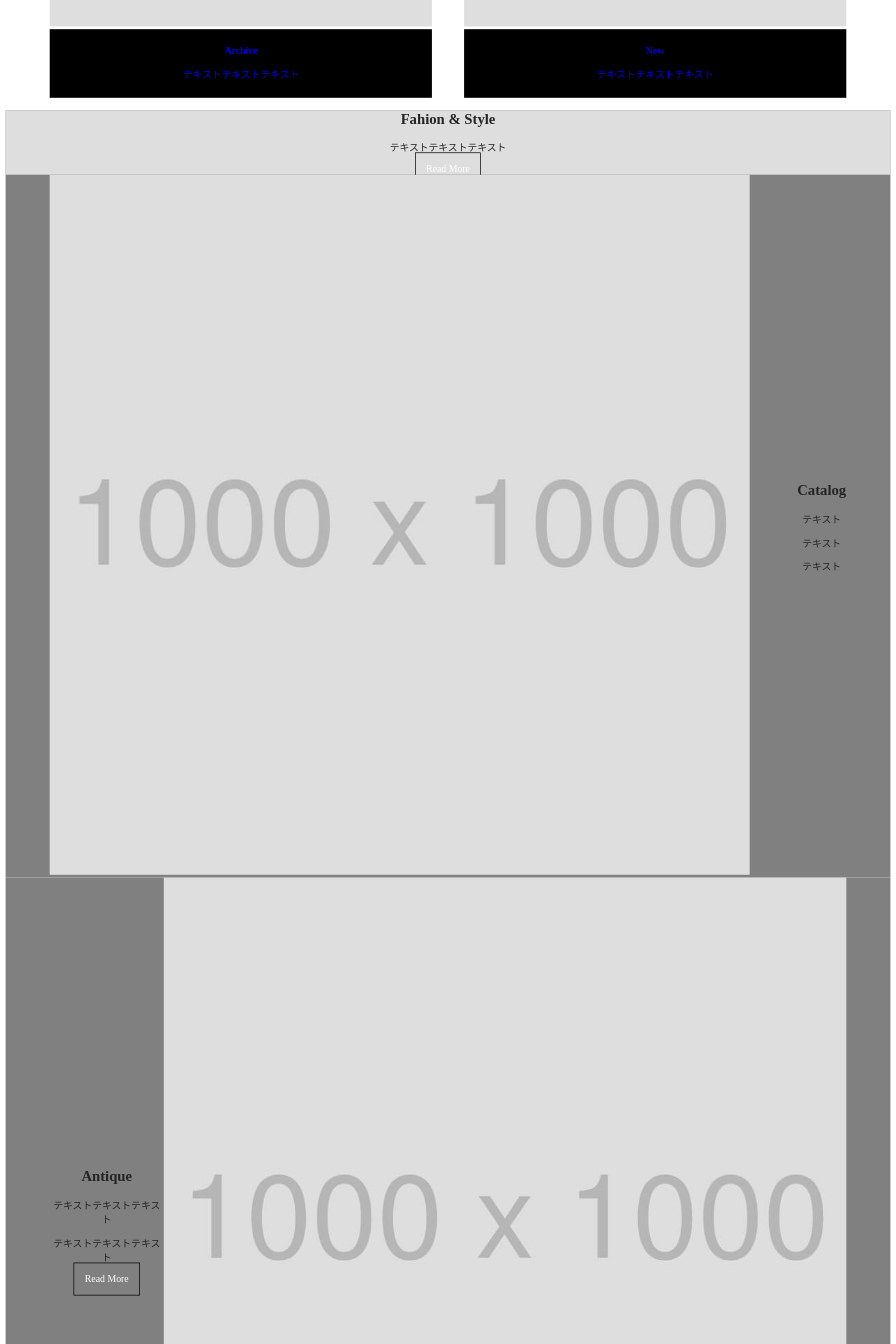
Repository: Fuki-san/bookstore
Page: http://localhost/book
An editor plug-in stored every save of this project. The page is shown before and after the next save, followed by the edit.
The browser window is 1280 px wide. The pictures show the part of the page from y = 614 to 2534 px (the page is 3013 px tall before and 3073 px after), at 70% of full size.
The page is served by the project's Laravel application, run on PHP 8.4 with Laravel 10. Other server files are loaded and not shown.

Above is the page before, as saved 2023-11-21 13:17:12.

### routes/web.php
<?php

use Illuminate\Support\Facades\Route;

/*
|--------------------------------------------------------------------------
| Web Routes
|--------------------------------------------------------------------------
|
| Here is where you can register web routes for your application. These
| routes are loaded by the RouteServiceProvider and all of them will
| be assigned to the "web" middleware group. Make something great!
|
*/

Route::get('/', function () {
    return view('welcome');
});

Route::get('book', function() {
    return view('bookstore');
})->name('book');

### resources/views/bookstore.blade.php
@extends('layouts.main')

@section('title', 'bookstore')

@section('content')
    <header id="header">
        <h1 class="site-title"><a href="#"><img src="img/logo.svg"></a></h1>
    </header>

    <main>
        <section class="wrapper" id="magazine">
            <h2 class="sec-title">A special, long article in a newspaper or magazine</h2>
            <p>テキストテキストテキスト</p>
            <div class="flex-item">
                <a href="#" class="item"><img src="img/magazine-archive.jpg"><div class="text"><p class="title">Archive</p><p>テキストテキストテキスト</p></div></a>
                <a href="#" class="item"><img src="img/magazine-new.jpg"><div class="text"><p class="title">New</p><p>テキストテキストテキスト</p></div></a>
            </div>
        </section>
        <section class="wrapper" id="fashion">
            <h2 class="sec-title">Fahion & Style</h2>
            <p>テキストテキストテキスト</p>
            <a href="#" class="btn">Read More</a>
        </section>
        <section id="catalog-antique">
            <div class="flex-item wrapper">
                <div class="item">
                    <img src="img/catalog.jpg">
                </div>
                <div class="item">
                    <h2 class="sec-title">Catalog</h2>
                    <p>テキスト</p>
                    <p>テキスト</p>
                    <p>テキスト</p>
                </div>
            </div>
        </section>

        <section id="catalog-antique">
            <div class="flex-item wrapper">
                <div class="item">
                    <h2 class="sec-title">Antique</h2>
                    <p>テキストテキストテキスト</p>
                    <p>テキストテキストテキスト</p>
                    <a href="#" class="btn">Read More</a>
                </div>
                <div class="item">
                    <img src="img/antique.jpg">
                </div>
            </div>
        </section>
    </main>

    <footer id="footer">
        <div class="flex-item wrapper">
            <div class="item"><a href="#"><img src="img/logo.svg"></a></div>
            <div class="item">
                <p class="title">タイトル</p>
                <ul>
                    <li>テキストテキストテキスト</li>
                    <li>テキストテキストテキスト</li>
                    <li>テキストテキストテキスト</li>
                </ul>
            </div>
            <div class="item">
                <p>テキストテキストテキストテキストテキスト</p>
            </div>
        </div>
        <p class="copyright">&copy; Mag88</p>
    </footer>
@endsection

### resources/views/layouts/main.blade.php
<!DOCTYPE html>
<html lang="ja">
<head>
    <meta charset="UTF-8">
    <meta name="viewport" content="width=device-width, initial-scale=1.0">
    <meta http-equiv="X-UA-Compatible" content="ie=edge">
    <link rel="stylesheet" href="{{ asset('css/reset.css') }}">
    <link rel="stylesheet" href="{{ asset('css/style.css') }}">
    <link rel="icon" href="img/favicon.ico">
    <title>@yield('title')</title>
</head>
<body>
    @yield('content')
</body>
</html>

### public/css/style.css
html{
    font-size: 100%;
}
img{
    max-width: 100%;
}
body{
    font-size: 0.875rem;
    color: #242424;
}
.wrapper{
    padding: 0 5%;
    text-align: center;
}
.flex-item{
    display: flex;
    justify-content: space-between;
    align-items: center;
}
.site-title{
    position: absolute;
    top: 30px;
    right: 30px;
}
#header{
    background-image: url(../img/mainvisual.jpg);
    background-position: center top;
    background-repeat: no-repeat;
    background-size: cover;
    position: relative;
    margin: 0 0 30px 0;
}
li{
    list-style: none;
}
a{
    text-decoration: none;
}
#magazine .flex-item .item{
    width: 48%;
}
#magazine .text{
    background-color: black;
    text-align: center;
    padding: 10px 15px;
}
#magazine .title{
    font-weight: bold;
}
#fashion{
    background-image: url(../img/fashion.jpg);
    background-position: center bottom;
    background-repeat: no-repeat;
    background-size: cover;
    background-color: gray;
}
.btn{
    padding: 15px;
    border: solid 1px black;
    color: #fff;
}
#catalog-antique{
    background-color: gray;
    padd
}

### public/img/logo.svg
<?xml version="1.0" encoding="utf-8"?>
<!-- Generator: Adobe Illustrator 15.1.0, SVG Export Plug-In . SVG Version: 6.00 Build 0)  -->
<!DOCTYPE svg PUBLIC "-//W3C//DTD SVG 1.1//EN" "http://www.w3.org/Graphics/SVG/1.1/DTD/svg11.dtd">
<svg version="1.1" id="レイヤー_1" xmlns="http://www.w3.org/2000/svg" xmlns:xlink="http://www.w3.org/1999/xlink" x="0px"
	 y="0px" width="120px" height="40px" viewBox="0 0 120 40" enable-background="new 0 0 120 40" xml:space="preserve">
<text transform="matrix(1 0 0 1 11.667 -25.8213)" fill="#2B3137" font-family="'Arial-BoldMT'" font-size="31.8021">Mag88</text>
<rect fill="#2A2A2A" width="120" height="40"/>
<g>
	<path fill="#FFFFFF" d="M13.351,29.333V6.568h6.879l4.13,15.529l4.084-15.529h6.895v22.765h-4.271v-17.92l-4.519,17.92h-4.425
		l-4.503-17.92v17.92H13.351z"/>
	<path fill="#FFFFFF" d="M43.134,17.872l-3.96-0.714c0.445-1.595,1.211-2.774,2.299-3.54c1.087-0.766,2.701-1.149,4.845-1.149
		c1.946,0,3.396,0.23,4.348,0.69c0.952,0.461,1.623,1.047,2.011,1.756c0.389,0.709,0.582,2.01,0.582,3.904l-0.046,5.094
		c0,1.449,0.069,2.518,0.21,3.207c0.139,0.688,0.4,1.426,0.783,2.213h-4.316c-0.113-0.29-0.254-0.72-0.419-1.289
		c-0.073-0.259-0.124-0.43-0.155-0.513c-0.746,0.725-1.543,1.269-2.392,1.63c-0.849,0.363-1.755,0.544-2.718,0.544
		c-1.697,0-3.035-0.46-4.014-1.382s-1.467-2.086-1.467-3.494c0-0.932,0.222-1.762,0.667-2.492c0.444-0.73,1.069-1.289,1.871-1.677
		c0.802-0.389,1.959-0.728,3.471-1.018c2.039-0.383,3.452-0.739,4.239-1.071v-0.435c0-0.839-0.207-1.437-0.621-1.794
		s-1.195-0.535-2.345-0.535c-0.776,0-1.382,0.152-1.817,0.458C43.755,16.571,43.403,17.106,43.134,17.872z M48.973,21.413
		c-0.559,0.187-1.444,0.409-2.655,0.668c-1.212,0.259-2.003,0.512-2.376,0.761c-0.569,0.403-0.854,0.916-0.854,1.537
		c0,0.61,0.227,1.14,0.683,1.584c0.456,0.445,1.035,0.667,1.739,0.667c0.787,0,1.537-0.258,2.252-0.775
		c0.527-0.394,0.875-0.875,1.04-1.444c0.114-0.373,0.171-1.081,0.171-2.128V21.413z"/>
	<path fill="#FFFFFF" d="M57.157,30.419l4.984,0.605c0.083,0.58,0.274,0.979,0.574,1.196c0.414,0.311,1.066,0.466,1.957,0.466
		c1.139,0,1.992-0.171,2.563-0.512c0.383-0.229,0.673-0.596,0.869-1.104c0.135-0.362,0.202-1.029,0.202-2.003v-2.407
		c-1.304,1.781-2.95,2.672-4.938,2.672c-2.215,0-3.97-0.938-5.264-2.811c-1.015-1.48-1.521-3.324-1.521-5.529
		c0-2.764,0.664-4.875,1.995-6.335c1.33-1.46,2.983-2.189,4.962-2.189c2.039,0,3.721,0.896,5.046,2.687v-2.314h4.084V27.64
		c0,1.946-0.161,3.4-0.481,4.363s-0.771,1.719-1.351,2.268c-0.58,0.549-1.354,0.979-2.321,1.289
		c-0.969,0.311-2.192,0.466-3.673,0.466c-2.795,0-4.778-0.479-5.947-1.437c-1.17-0.957-1.755-2.172-1.755-3.642
		C57.141,30.802,57.147,30.626,57.157,30.419z M61.054,20.745c0,1.75,0.339,3.031,1.017,3.844c0.679,0.813,1.515,1.219,2.508,1.219
		c1.066,0,1.967-0.416,2.703-1.25c0.734-0.834,1.102-2.068,1.102-3.703c0-1.709-0.352-2.977-1.056-3.805s-1.595-1.242-2.671-1.242
		c-1.045,0-1.907,0.406-2.586,1.219C61.393,17.839,61.054,19.079,61.054,20.745z"/>
	<path fill="#FFFFFF" d="M79.797,17.05c-1.129-0.477-1.949-1.131-2.462-1.965c-0.513-0.833-0.769-1.746-0.769-2.74
		c0-1.697,0.593-3.101,1.778-4.208c1.185-1.107,2.87-1.662,5.054-1.662c2.164,0,3.844,0.554,5.039,1.662
		c1.196,1.108,1.794,2.511,1.794,4.208c0,1.056-0.274,1.995-0.823,2.818c-0.549,0.822-1.32,1.451-2.313,1.887
		c1.263,0.508,2.224,1.248,2.88,2.221c0.658,0.973,0.986,2.096,0.986,3.369c0,2.102-0.67,3.811-2.011,5.125
		s-3.124,1.972-5.349,1.972c-2.071,0-3.795-0.544-5.172-1.63c-1.625-1.284-2.438-3.045-2.438-5.28c0-1.231,0.305-2.362,0.916-3.394
		C77.52,18.403,78.482,17.608,79.797,17.05z M80.293,22.407c0,1.201,0.309,2.138,0.924,2.811c0.616,0.673,1.385,1.01,2.307,1.01
		c0.9,0,1.646-0.324,2.236-0.971c0.59-0.647,0.885-1.582,0.885-2.803c0-1.066-0.301-1.924-0.9-2.57
		c-0.602-0.646-1.361-0.971-2.283-0.971c-1.066,0-1.861,0.367-2.383,1.103C80.555,20.751,80.293,21.548,80.293,22.407z
		 M80.698,12.655c0,0.869,0.246,1.547,0.737,2.034c0.491,0.486,1.146,0.729,1.964,0.729c0.828,0,1.491-0.246,1.988-0.737
		s0.745-1.173,0.745-2.042c0-0.818-0.246-1.473-0.737-1.965c-0.492-0.491-1.142-0.737-1.949-0.737c-0.838,0-1.506,0.249-2.003,0.745
		C80.946,11.18,80.698,11.837,80.698,12.655z"/>
	<path fill="#FFFFFF" d="M97.484,17.05c-1.128-0.477-1.948-1.131-2.462-1.965c-0.512-0.833-0.768-1.746-0.768-2.74
		c0-1.697,0.592-3.101,1.777-4.208c1.186-1.107,2.871-1.662,5.055-1.662c2.164,0,3.844,0.554,5.039,1.662
		c1.195,1.108,1.793,2.511,1.793,4.208c0,1.056-0.273,1.995-0.822,2.818c-0.549,0.822-1.32,1.451-2.314,1.887
		c1.264,0.508,2.224,1.248,2.881,2.221c0.658,0.973,0.986,2.096,0.986,3.369c0,2.102-0.67,3.811-2.012,5.125
		c-1.34,1.314-3.123,1.972-5.349,1.972c-2.071,0-3.794-0.544-5.171-1.63c-1.625-1.284-2.438-3.045-2.438-5.28
		c0-1.231,0.305-2.362,0.916-3.394C95.207,18.403,96.168,17.608,97.484,17.05z M97.981,22.407c0,1.201,0.308,2.138,0.924,2.811
		c0.615,0.673,1.385,1.01,2.307,1.01c0.9,0,1.646-0.324,2.235-0.971c0.591-0.647,0.886-1.582,0.886-2.803
		c0-1.066-0.301-1.924-0.901-2.57s-1.361-0.971-2.282-0.971c-1.066,0-1.861,0.367-2.384,1.103S97.981,21.548,97.981,22.407z
		 M98.385,12.655c0,0.869,0.245,1.547,0.736,2.034c0.492,0.486,1.146,0.729,1.965,0.729c0.828,0,1.49-0.246,1.988-0.737
		c0.496-0.491,0.744-1.173,0.744-2.042c0-0.818-0.246-1.473-0.736-1.965c-0.492-0.491-1.143-0.737-1.949-0.737
		c-0.839,0-1.506,0.249-2.004,0.745C98.633,11.18,98.385,11.837,98.385,12.655z"/>
</g>
</svg>

After the next save:
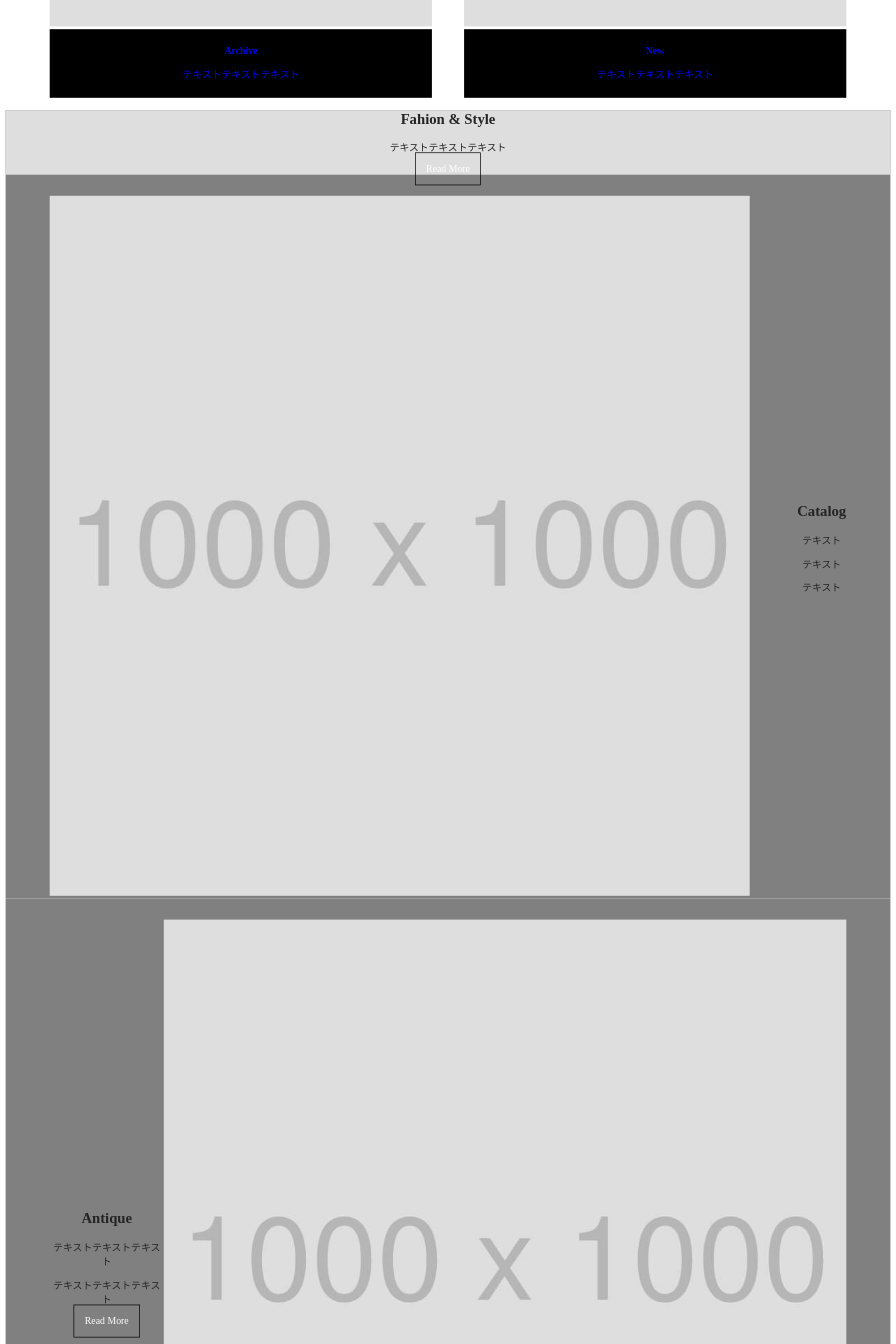
Saved 4 s later.
--- a/public/css/style.css
+++ b/public/css/style.css
@@ -61,5 +61,5 @@ a{
 }
 #catalog-antique{
     background-color: gray;
-    padd
+    padding-top: 30px;
 }
